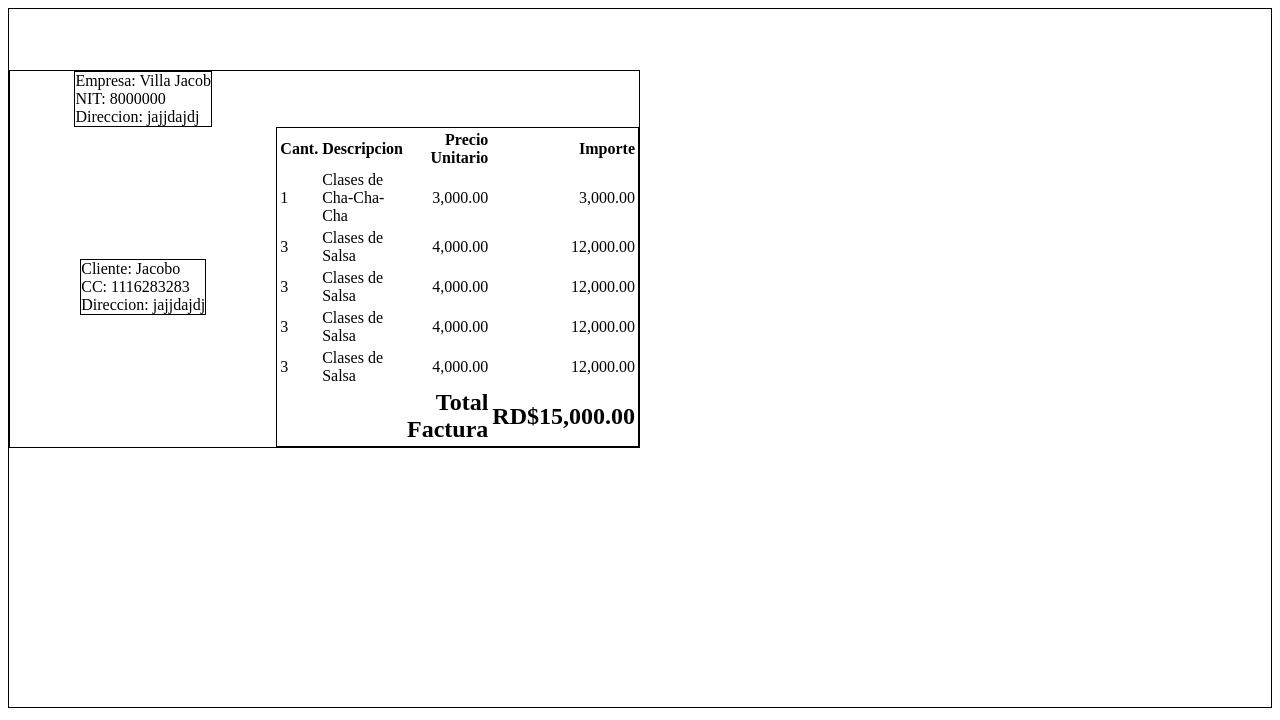
Repository: MrVanQish/FacturaEstructura
Page: index.html
An editor plug-in stored every save of this project. The page is shown before and after the next save, followed by the edit.
The browser window is 1280 px wide. The pictures show the whole page.

Above is the page before, as saved 2021-09-29 10:30:16.

After the next save:
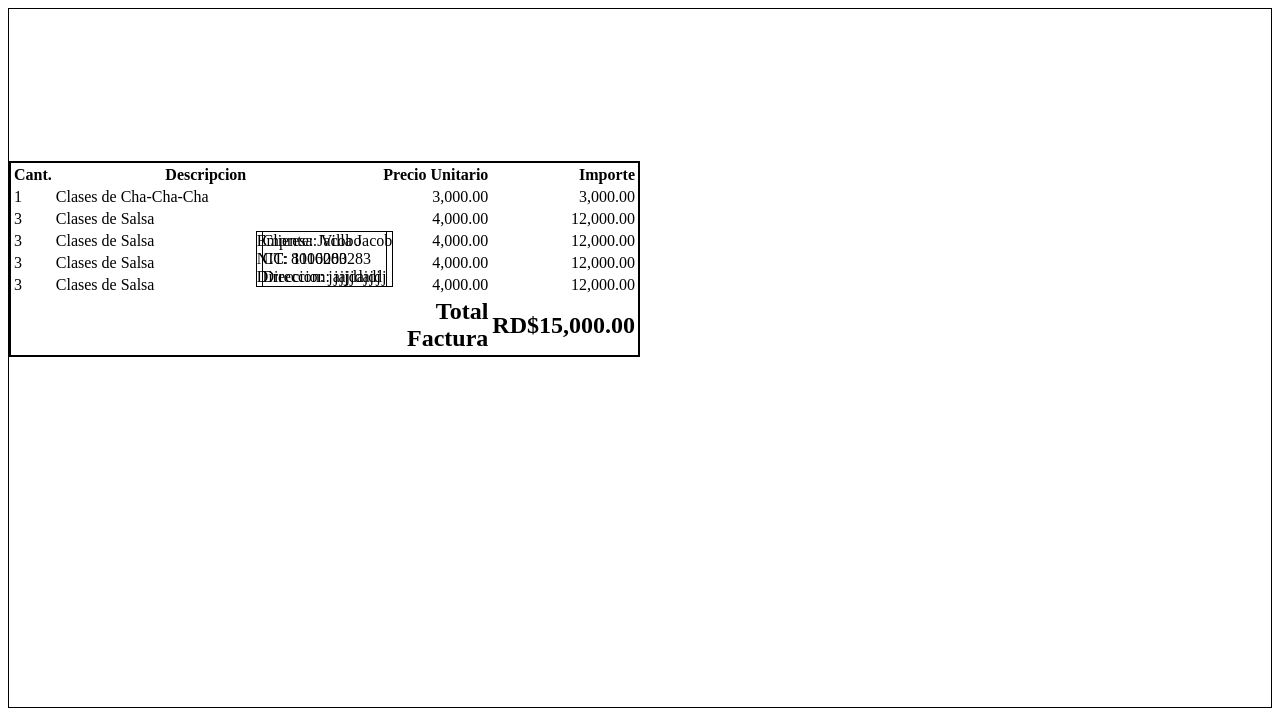
Saved 98 s later.
--- a/styles.css
+++ b/styles.css
@@ -49,7 +49,7 @@
     grid-template-columns: 1fr 1fr;
     grid-template-rows: auto;
     grid-template-areas:
-      "infoEmpresa-f x"
+      "infoEmpresa-f"
       "infoCliente-f items-f"
   }
 

After the save that followed:
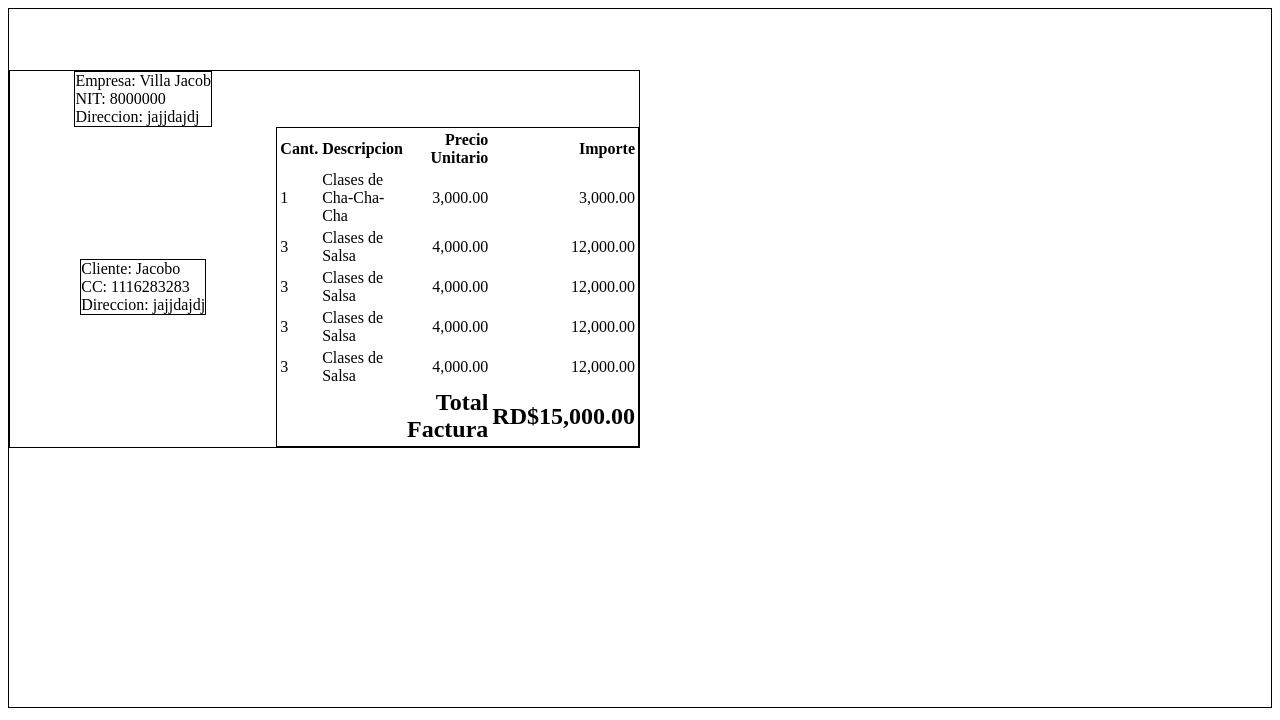
Saved 4 s later.
--- a/styles.css
+++ b/styles.css
@@ -49,7 +49,7 @@
     grid-template-columns: 1fr 1fr;
     grid-template-rows: auto;
     grid-template-areas:
-      "infoEmpresa-f"
+      "infoEmpresa-f x"
       "infoCliente-f items-f"
   }
 
